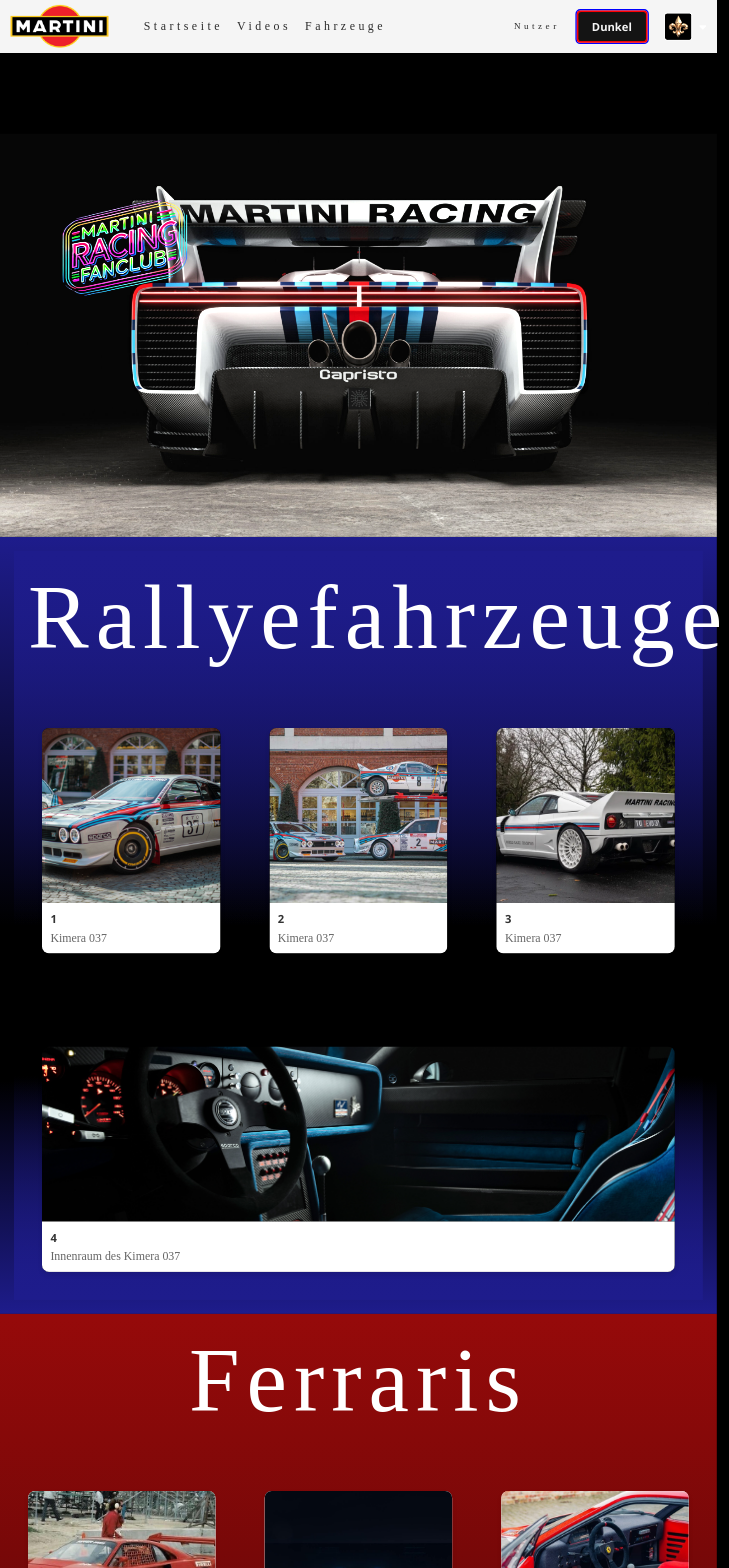
Repository: Johannes-Harald/martini-racing-fanclub
Page: /
An editor plug-in stored every save of this project. The page is shown before and after the next save, followed by the edit.
The browser window is 1024 px wide. The page is 1042 px wide, so the pictures cover 1042 px, including what lies to the right of the window. The pictures show the part of the page from y = 0 to 2240 px (the page is 7890 px tall), at 70% of full size.
Some web fonts or font styles are not loaded; a fallback is used. The project was rebuilt for these pictures with package versions that can differ from the ones it lists, and the page was loaded fresh each time. Also part of the build but not shown: vite.config.js, src/components/Lightbox/Lightbox.css, src/components/Lightbox/Lightbox.jsx, src/components/TitleCards/TitleCards.jsx, src/pages/Videos/Videos.css, src/pages/Videos/Videos.jsx.

Above is the page before, as saved 2024-10-13 13:50:49.

After the next save:
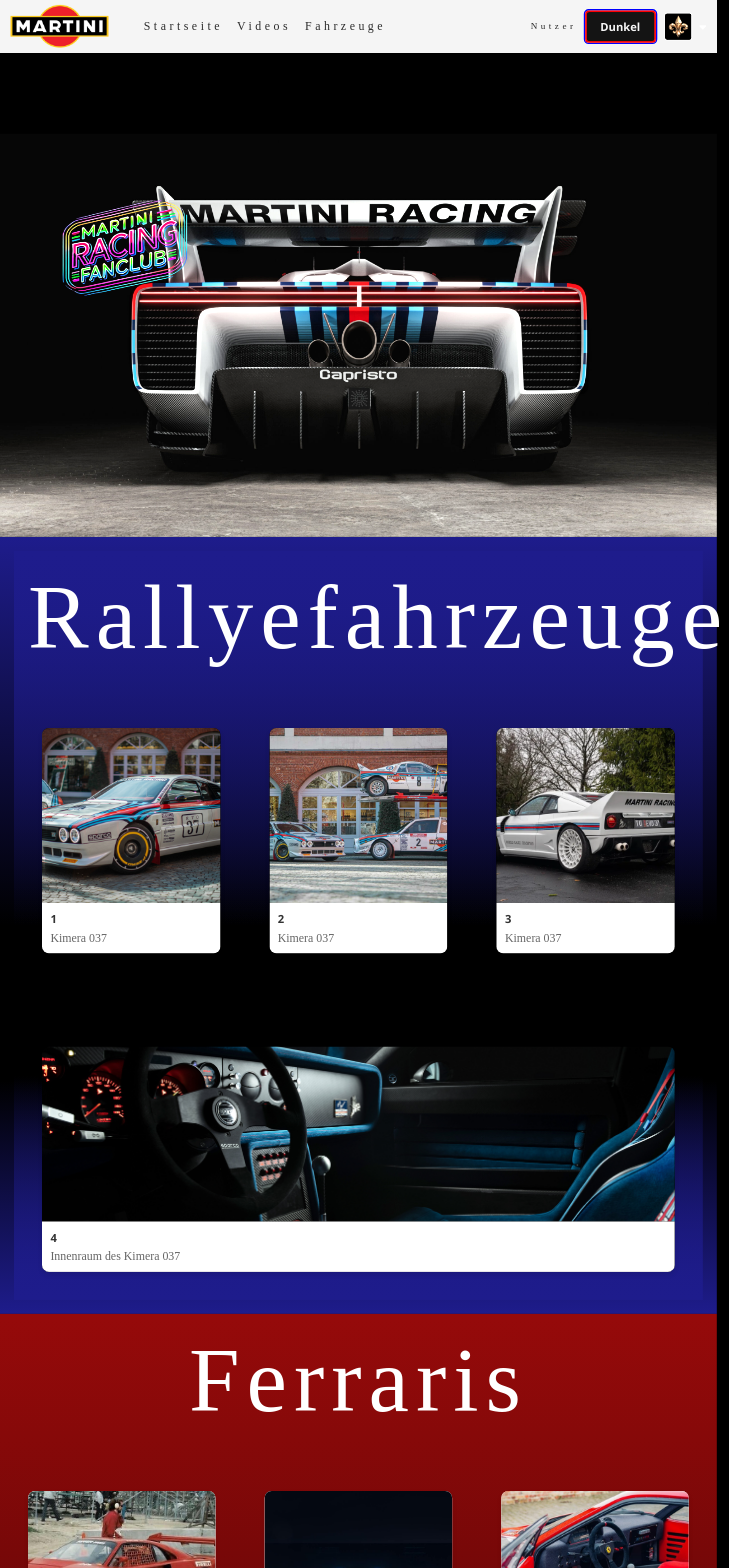
Saved 23 s later.
--- a/src/components/Navbar/Navbar.css
+++ b/src/components/Navbar/Navbar.css
@@ -237,6 +237,10 @@
         height: 90px;
     }
 
+    .navbar-right {
+        gap: 13px;
+    }
+
     .navbar-right p{
         font-size: 13px;
     }
